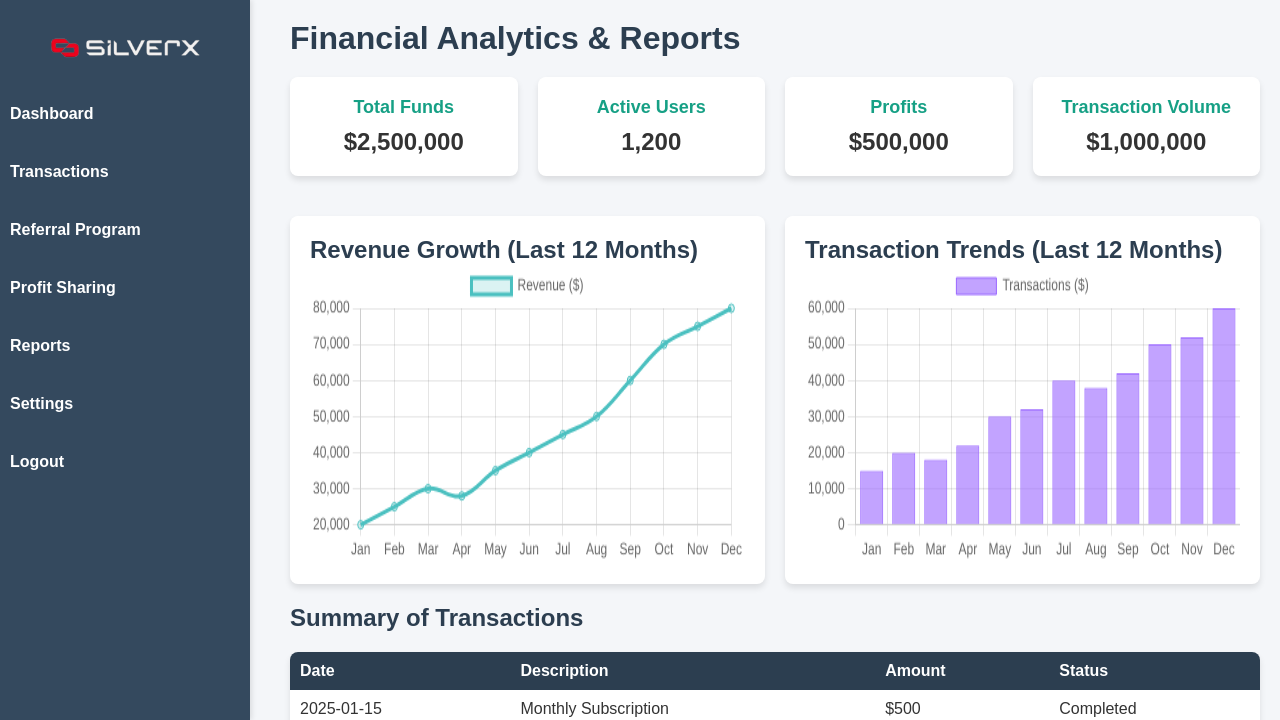
Repository: 2025silverx/slivedrX
Page: index5.html
The author's editor kept a copy of each file at every save. The page is drawn from the files as they stood at one save, then again after the next save.
The browser window is 1280 px wide. The pictures show the whole page.
An inner scrolling area shows only its first screen.

Above is the page before, as saved 2025-01-19 21:03:39.

After the next save:
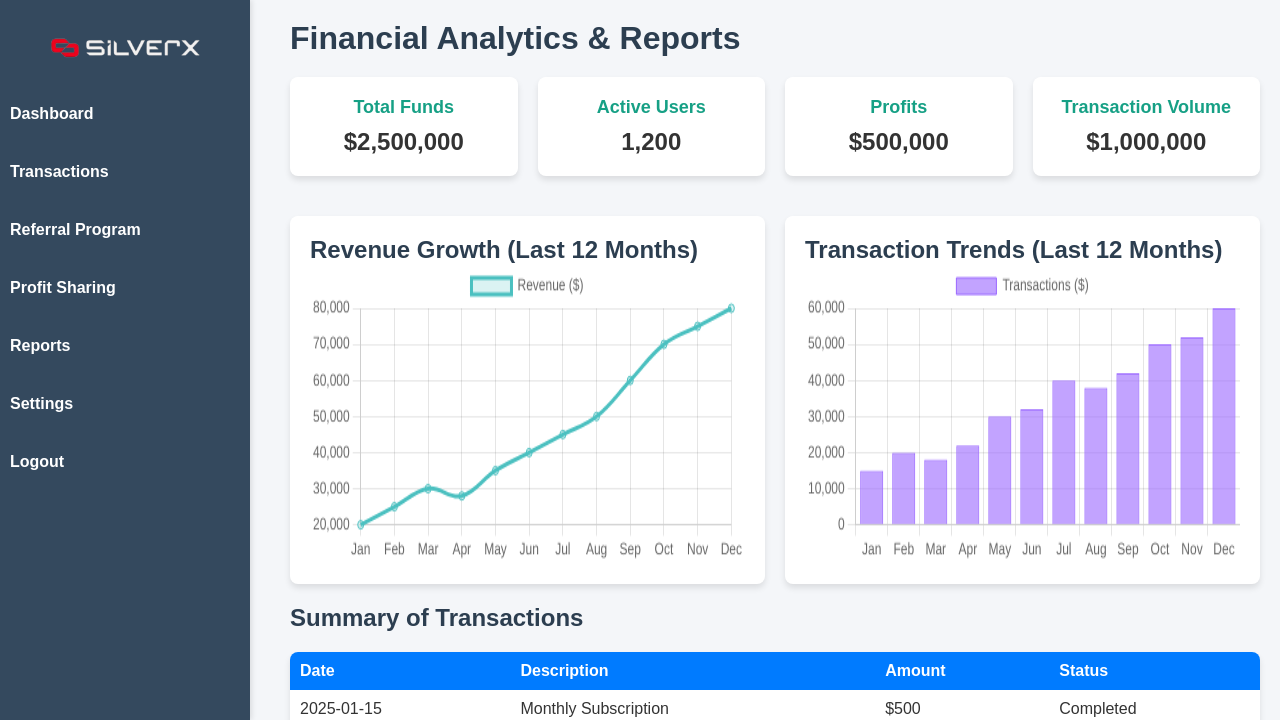
Saved 51 s later.
--- a/style5.css
+++ b/style5.css
@@ -264,7 +264,7 @@ h1, h2, h3 {
 }
 
 .summary-table th, .asd-table th {
-    background: #2c3e50;
+    background:#007bff;
     color: white;
     padding: 10px;
     text-align: left;
